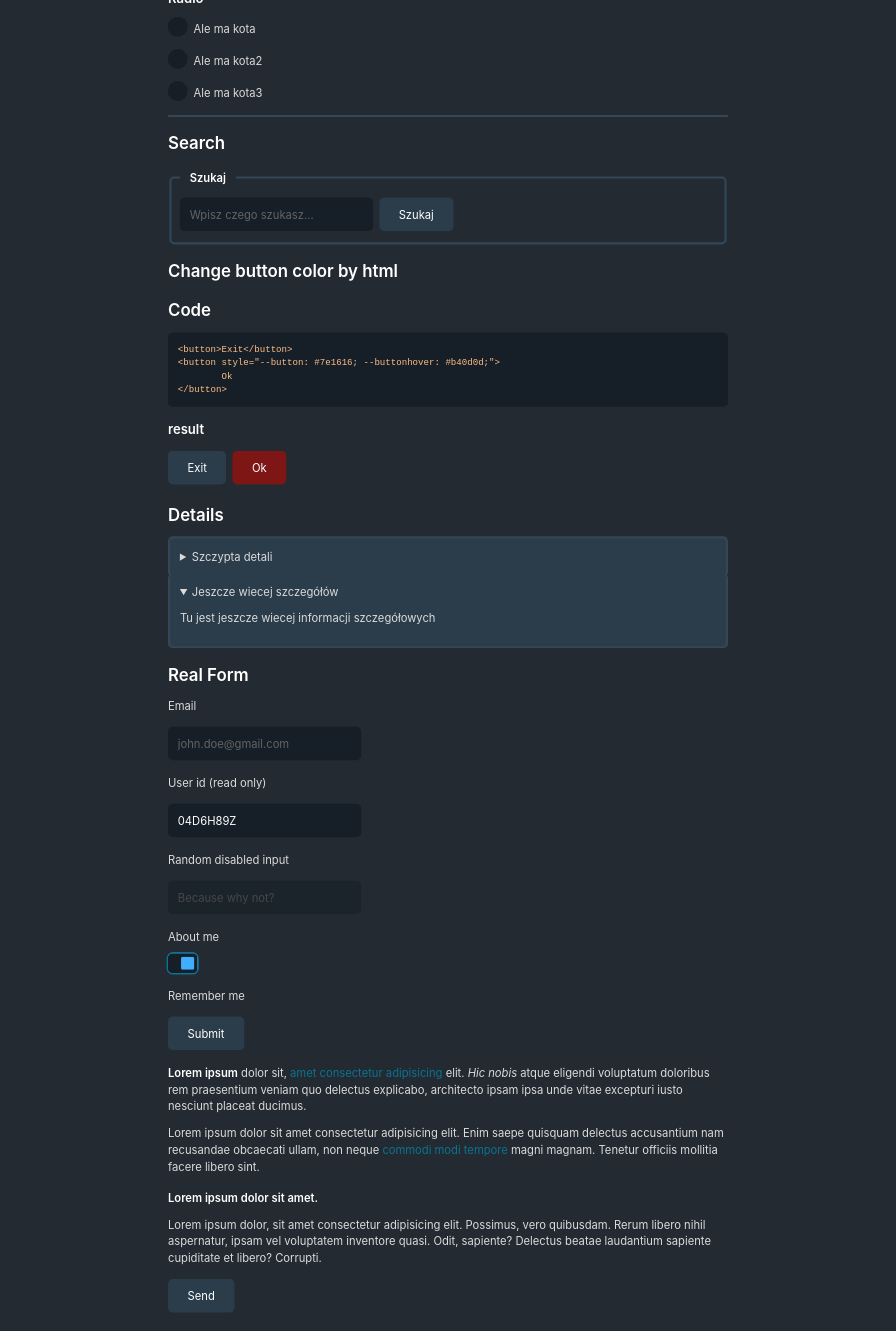
Repository: KozakBartosz/Draft
Page: index.html
An editor plug-in stored every save of this project. The page is shown before and after the next save, followed by the edit.
The browser window is 1280 px wide. The pictures show the part of the page from y = 2763 to 4683 px (the page is 4664 px tall before and 4683 px after), at 70% of full size.

Above is the page before, as saved 2019-04-12 08:47:59.

After the next save:
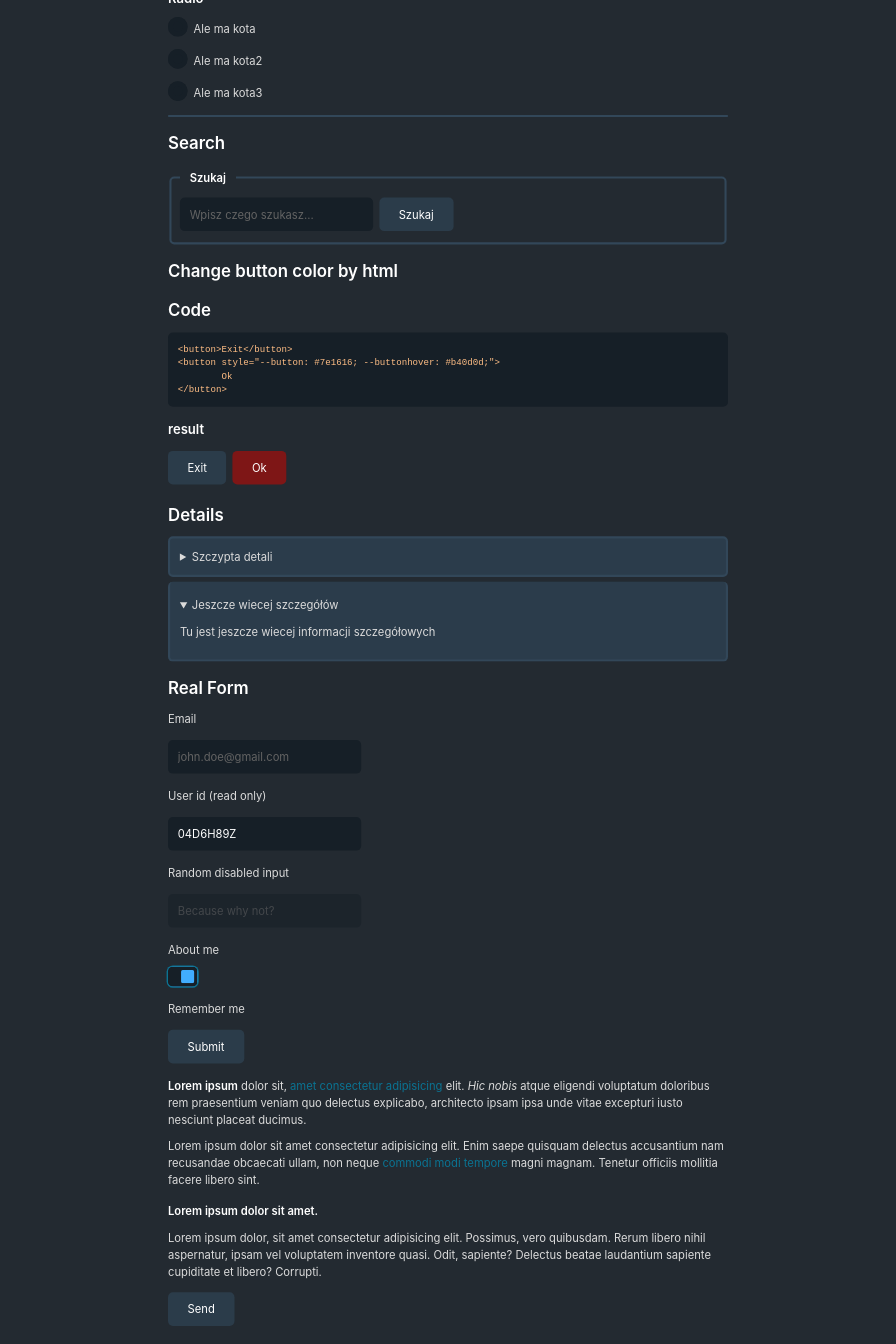
Saved 41 s later.
--- a/draft.css
+++ b/draft.css
@@ -333,7 +333,8 @@ details {
 	background: var(--like);
 }
 details + details {
-	margin-top: -5px;
+	margin-top: var(--radius);
+	padding-top: calc(var(--mainpaddng) + var(--radius));
 	border-top: none;
 }
 
